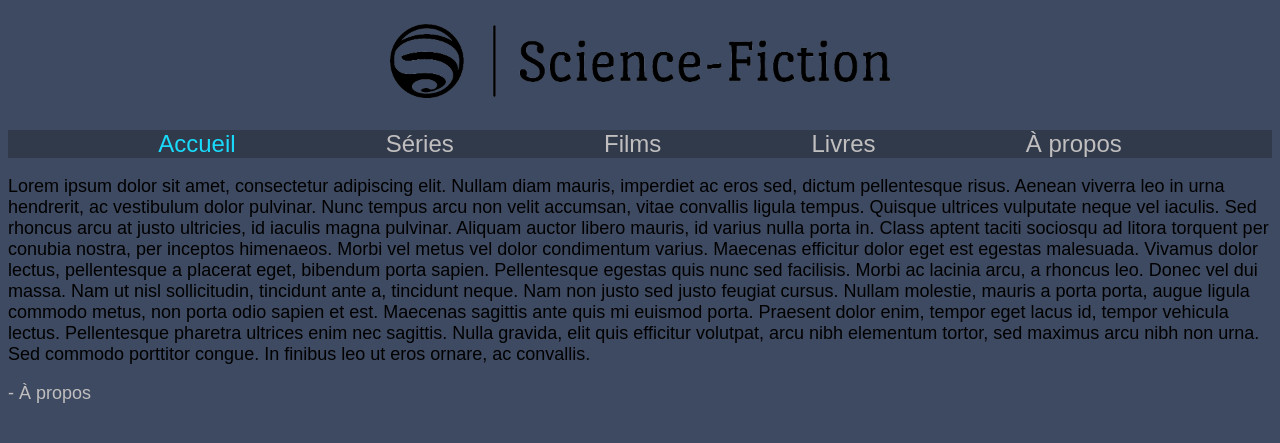
Repository: Emalios/Projet-Web
Page: index.html
The author's editor kept a copy of each file at every save. The page is drawn from the files as they stood at one save, then again after the next save.
The browser window is 1280 px wide. The pictures show the whole page.

Above is the page before, as saved 2020-11-11 17:52:21.

After the next save:
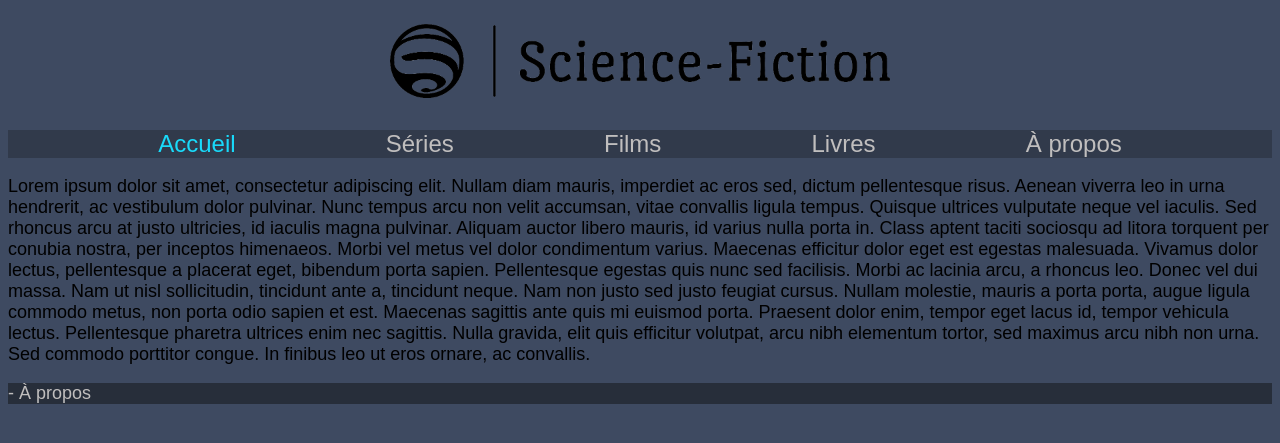
Saved 56 s later.
--- a/css/common.css
+++ b/css/common.css
@@ -44,6 +44,10 @@
   padding: 1rem;
 }
 
+footer {
+  background-color: #272e3a;
+}
+
 @media all and (max-width: 700px) {
   #logo {
     display: block;
